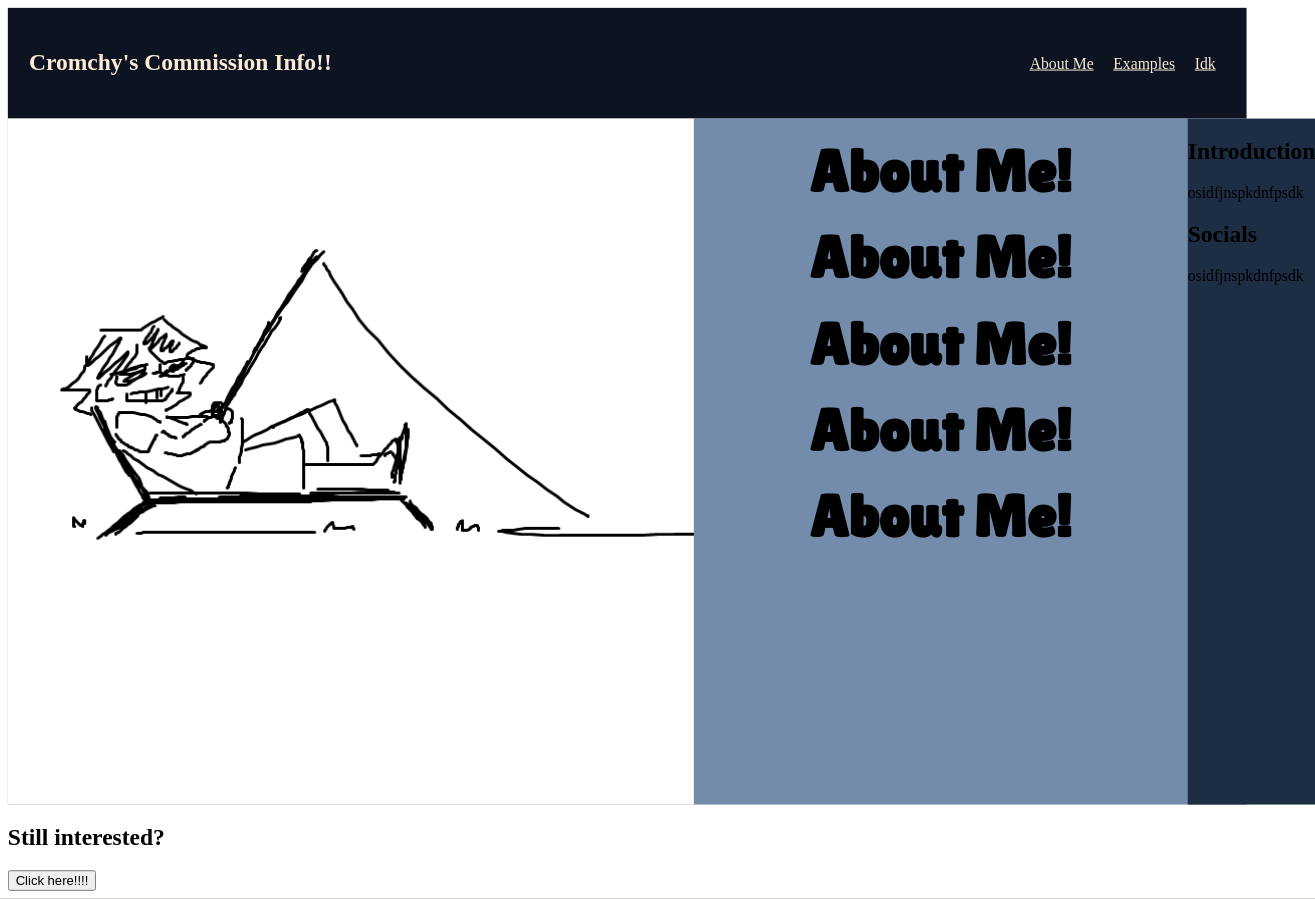
Repository: crackaLack1n/Cromchys_Commission_Site
Page: /
These files come from the project's save history. The page is drawn as it stood at one moment and after the next save; the edit follows.
The browser window is 1280 px wide. The page is 1342 px wide, then 1280 px, so the pictures cover 1342 px, including what lies to the right of the window. The pictures show the whole page, at 98% of full size.
The project was rebuilt for these pictures with package versions that can differ from the ones it lists, and the page was loaded fresh each time. The framework's server and built-in components were replaced by stand-ins that run in the browser. Also part of the build but not shown: next.config.mjs.

Above is the page before, as saved 2024-06-11 14:57:59.

After the next save:
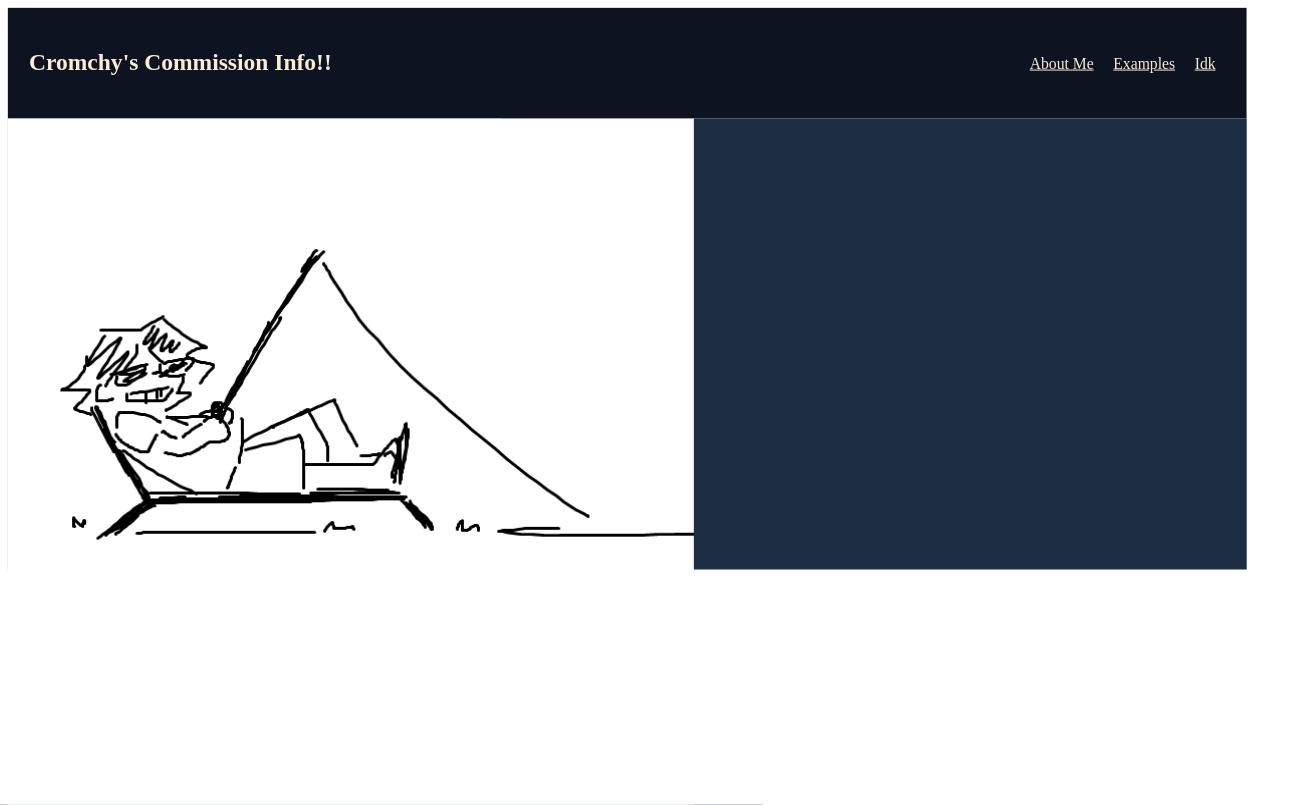
Saved 2 min 30 s later.
--- a/styles/Home.module.css
+++ b/styles/Home.module.css
@@ -31,7 +31,7 @@
 
 .image {
   z-index: 7;
-  display: flex;
+  position: absolute;
 }
 /* Mobile */
 @media (max-width: 700px) {
